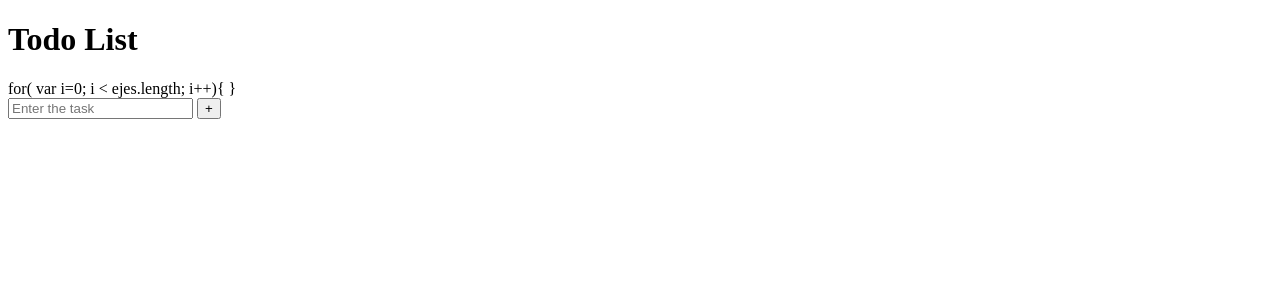
Repository: rupeshkofficial/Todo-List-Ver2
Page: http://localhost/
These files come from the project's save history. The page is drawn as it stood at one moment and after a run of saves; the edit follows.
The browser window is 1280 px wide. The pictures show the whole page.
The page is served by the project's Node server (app.js).

Above is the page before, as saved 2023-02-23 13:24:40.

After the next 4 saves:
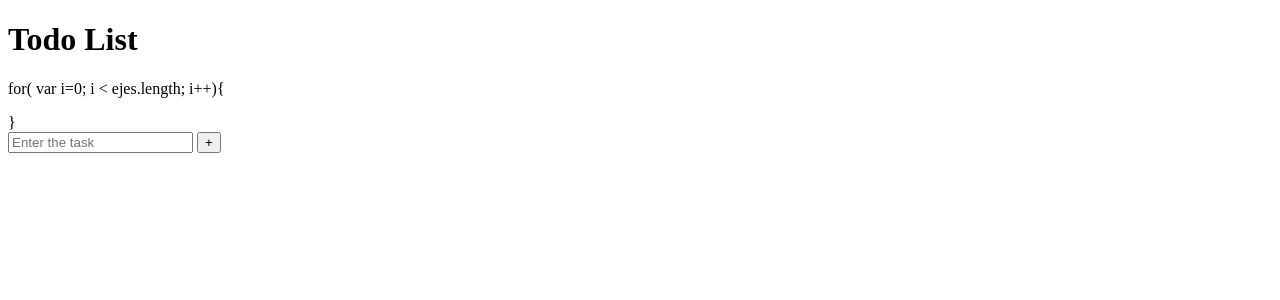
The 4 saves are shown as one change because they came seconds apart.
The last was saved 29 s later.
--- a/views/list.ejs
+++ b/views/list.ejs
@@ -11,7 +11,7 @@
     </div>
     <div class="box">
        for( var i=0; i < ejes.length; i++){
-
+        <p> <%= %></p>
        }
 
         <form action="/" , method="POST">
